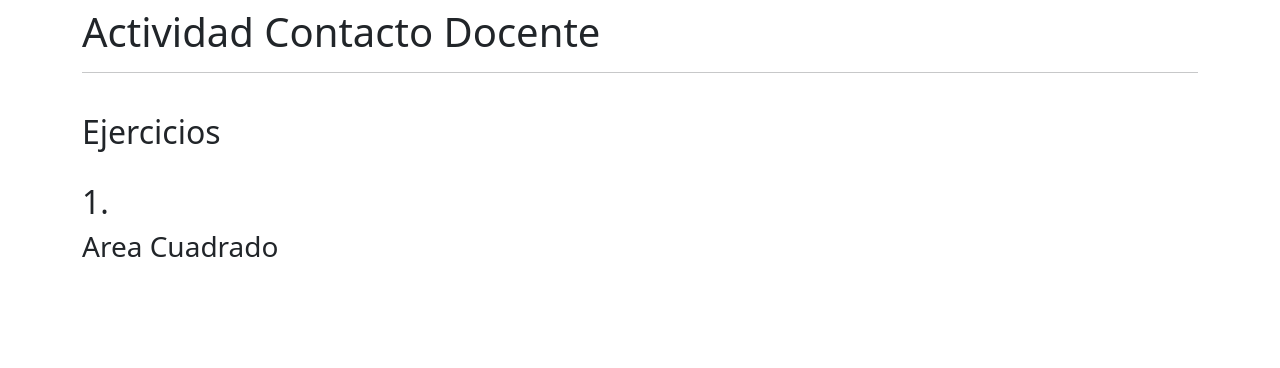
Repository: Jchimbo99/Actvidad1
Page: / (app in typescript-actividad/)
These files come from the project's save history. The page is drawn as it stood at one moment and after the next save; the edit follows.
The browser window is 1280 px wide. The pictures show the whole page.
The project was rebuilt for these pictures with package versions that can differ from the ones it lists, and the page was loaded fresh each time. Also part of the build but not shown: typescript-actividad/vite.config.ts.

Above is the page before, as saved 2025-01-22 20:30:24.

After the next save:
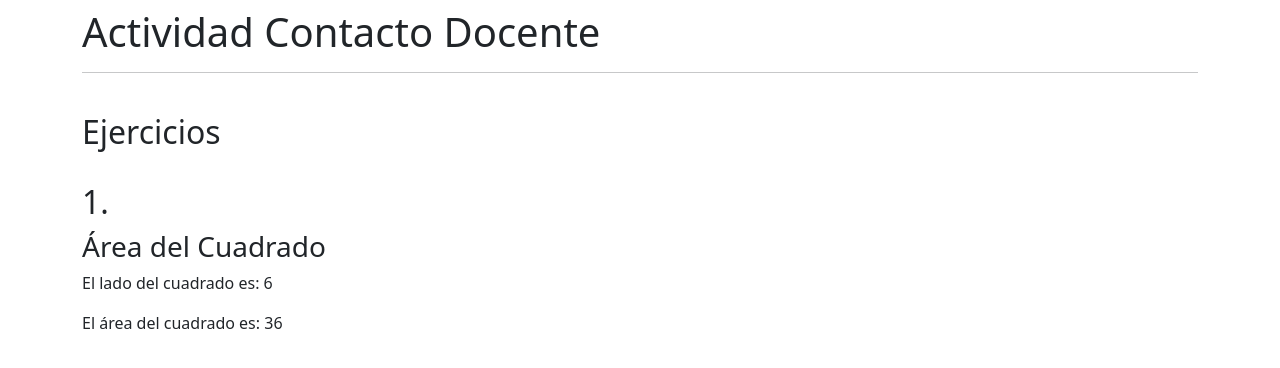
Saved 92 s later.
--- a/typescript-actividad/src/typescript/AreaCuadrado.tsx
+++ b/typescript-actividad/src/typescript/AreaCuadrado.tsx
@@ -1,12 +1,18 @@
-
-
-
+import React from 'react';
 
 export const AreaCuadrado = () => {
-return (
-    <div>
-        <h3>Area Cuadrado</h3>
+    const lado = 6; // Puedes cambiar este número manualmente
+    const calcularAreaCuadrado = (lado: number): number => {
+        return lado * lado;
+    }
 
+    const area = calcularAreaCuadrado(lado);
+
+    return (
+        <div>
+            <h3>Área del Cuadrado</h3>
+            <p>El lado del cuadrado es: {lado}</p>
+            <p>El área del cuadrado es: {area}</p>
         </div>
-)
+    );
 }
